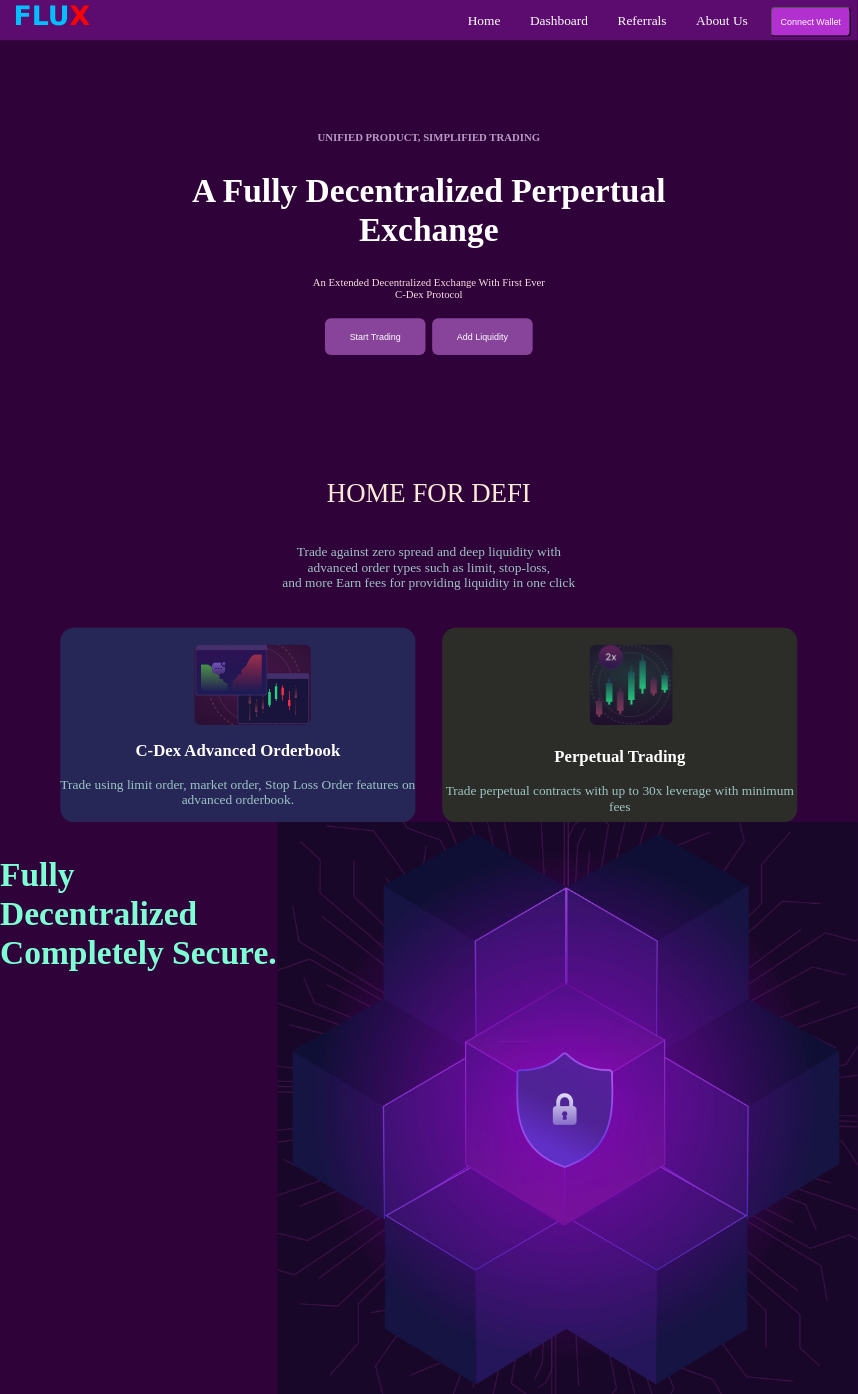
Repository: Tobby004/Flux-figma
Page: index.html
These files come from the project's save history. The page is drawn as it stood at one moment and after the next save; the edit follows.
The browser window is 1280 px wide. The pictures show the whole page, at 67% of full size.

Above is the page before, as saved 2023-04-20 06:05:55.

After the next save:
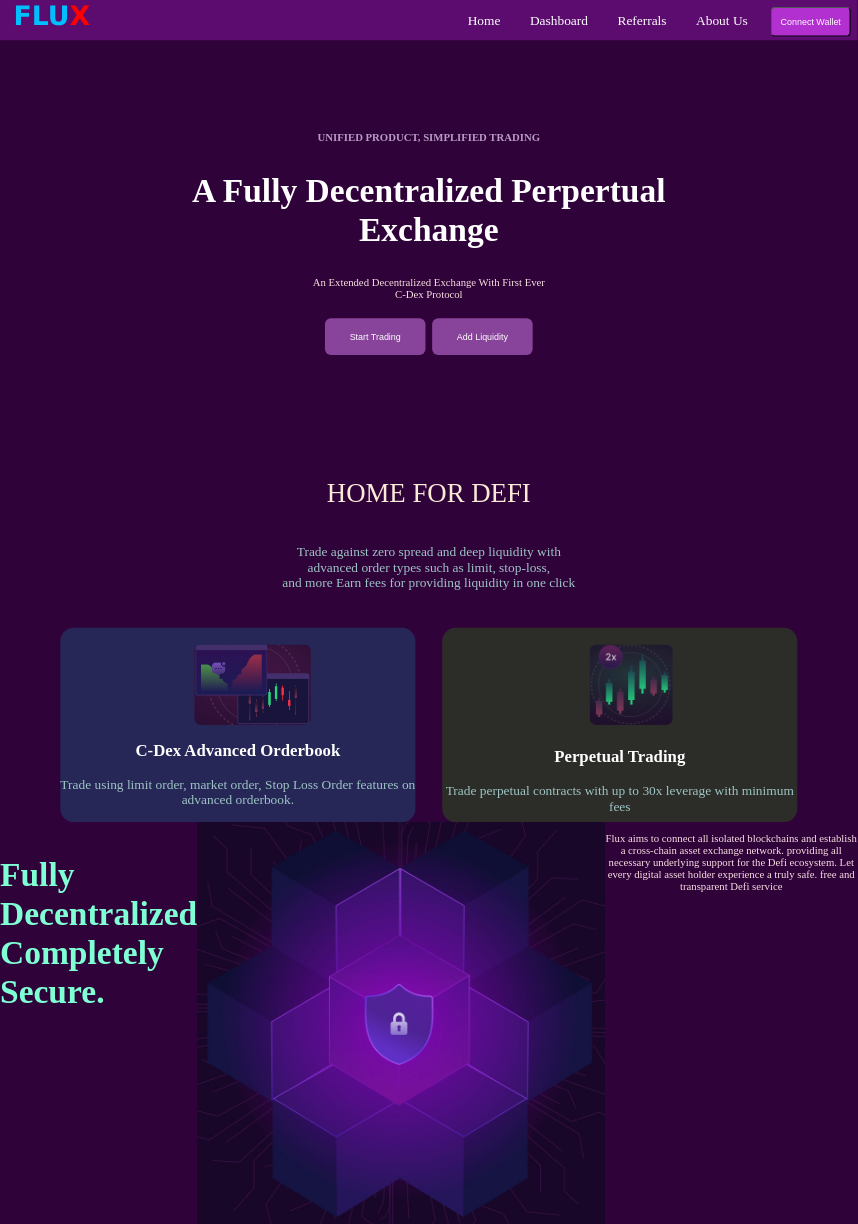
Saved 2 min 36 s later.
--- a/index.html
+++ b/index.html
@@ -49,7 +49,8 @@
 </div>
 <main>
     <h1>Fully Decentralized <br>Completely Secure.</h1>
-    <img src="IMG3.jpg"
+    <img src="IMG3.jpg">
+    <p>Flux aims to connect all isolated blockchains and establish a cross-chain asset exchange network. providing all necessary underlying support for the Defi ecosystem. Let every digital asset holder experience a truly safe. free and transparent Defi service</p>
 </main>
 </body>
 </html>
--- a/style.css
+++ b/style.css
@@ -142,3 +142,6 @@ main h1 {
     font-size: 50px;
     margin-top: 50px;
 }
+main img{
+    height: 600px;
+}
